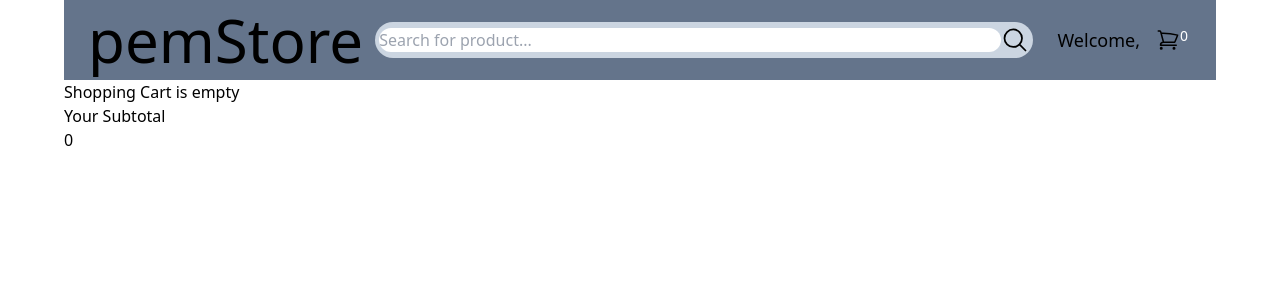
Repository: Semanmernstack/pemstore
Page: /checkout
The author's editor kept a copy of each file at every save. The page is drawn from the files as they stood at one save, then again after the next save.
The browser window is 1280 px wide. The pictures show the whole page.
The page's requests for data from a server got no answer. The project was rebuilt for these pictures with package versions that can differ from the ones it lists, and the page was loaded fresh each time. The framework's server and built-in components were replaced by stand-ins that run in the browser. No one was signed in, and anything a server would have sent is missing. Also part of the build but not shown: next.config.js, components/CheckoutProduct.js.

Above is the page before, as saved 2022-11-06 03:57:05.

### pages/_app.js
import '../styles/globals.css'
import { SessionProvider } from "next-auth/react"
import { Provider } from 'react-redux'
import { store } from '../store'


function MyApp({ Component, pageProps: { session, ...pageProps }, }) {
  return (
    <SessionProvider session={session}>
      <Provider store={store}  >
        <Component {...pageProps} />
      </Provider>


    </SessionProvider>
  )
}

export default MyApp

### pages/checkout.js
import { useSession } from 'next-auth/react'
import React from 'react'
import { useSelector } from 'react-redux'
import CheckoutProduct from '../components/CheckoutProduct'
import Header from '../components/Header'
import { selectItems } from '../slices/basketSlice'

function Checkout() {
    const { data: session } = useSession()
    const items = useSelector(selectItems)
  return (
    <div  className=" mx-auto max-w-6xl "  >
        <Header />
        <div >
            <h1>{items.length === 0 ? "Shopping Cart is empty"  : "Your  pemStore Cart" }   </h1>
            <p>{session?.user.name}</p>
        </div>
        <div>
            <h1>Your Subtotal</h1>
            <span>0</span>
        </div>

        {items.map((item, i) => (
            <CheckoutProduct
                key={i}
                id={item.id}
                title={item.title}
                price={item.price}
                description={item.description}
                category={item.category}
                image={item.image}
            />
        ))}



    </div>
  )
}

export default Checkout

### store.js
import { configureStore } from '@reduxjs/toolkit';
import  basketReducer  from "./slices/basketSlice"
// ...

export const store = configureStore({
  reducer: {
    basket: basketReducer,


  },
})

### components/Header.js
import React from 'react'
import { useSession, signIn, signOut } from "next-auth/react"
import { useRouter } from 'next/router'
import { useSelector } from 'react-redux'
import { selectItems } from '../slices/basketSlice'

function Header() {
    const { data: session } = useSession()
    const router = useRouter()
    const items = useSelector(selectItems)

    return (
      <div className="flex items-center h-20 md:p-3 p-1 lg:p-6 bg-slate-500  sticky top-0 z-20">
          <div onClick={() => router.push("/")} className="mr-3  text-3xl md:text-5xl lg:text-6xl">
              <h1 className="cursor-pointer">pemStore</h1>
          </div>
          <div className="flex items-center flex-grow bg-slate-300 p-1 cursor-pointer rounded-full ">
              <input className="outline-none  rounded-full flex-grow   " type="text" placeholder="Search for product..." />
              <svg className="h-7 w-7"   xmlns="http://www.w3.org/2000/svg" fill="none" viewBox="0 0 24 24" strokeWidth={1.5} stroke="currentColor" >
                  <path strokeLinecap="round" strokeLinejoin="round" d="M21 21l-5.197-5.197m0 0A7.5 7.5 0 105.196 5.196a7.5 7.5 0 0010.607 10.607z" />
              </svg>
          </div>
          <div className="flex mx-3 lg:text-2xl">
          <div  onClick={!session ? signIn : signOut} className="flex items-center cursor-pointer text-sm md:text-lg mx-3">

              <p className="mr-1"> Welcome,</p>
              <p>{session?.user.name}</p>

          </div>
          <div onClick={() => router.push("/checkout")} className="relative flex items-center">
              <svg xmlns="http://www.w3.org/2000/svg" fill="none" viewBox="0 0 24 24" strokeWidth={1.5} stroke="currentColor" className="w-6 h-6">
                  <path strokeLinecap="round" strokeLinejoin="round" d="M2.25 3h1.386c.51 0 .955.343 1.087.835l.383 1.437M7.5 14.25a3 3 0 00-3 3h15.75m-12.75-3h11.218c1.121-2.3 2.1-4.684 2.924-7.138a60.114 60.114 0 00-16.536-1.84M7.5 14.25L5.106 5.272M6 20.25a.75.75 0 11-1.5 0 .75.75 0 011.5 0zm12.75 0a.75.75 0 11-1.5 0 .75.75 0 011.5 0z" />
              </svg>
              <p className="absolute left-6 top-0 text-sm text-white  ">{items?.length}</p>
          </div>
          </div>

      </div>
    )
  }

  export default Header

### slices/basketSlice.js
import { createSlice } from '@reduxjs/toolkit';

const initialState = {
    items: [],
};




export const basketSlice = createSlice({
    name: "basket",
    initialState,
    // The `reducers` field lets us define reducers and generate associated actions
    reducers: {
        addtoBasket: (state, action) => {
            state.items = [...state.items, action.payload]
        },


    },

});

export const { addtoBasket } = basketSlice.actions;



export const selectItems = (state) => state.basket?.items;

export default basketSlice.reducer;

Loaded but not shown: styles/globals.css (common file); tailwind.config.js (common file)

After the next save:
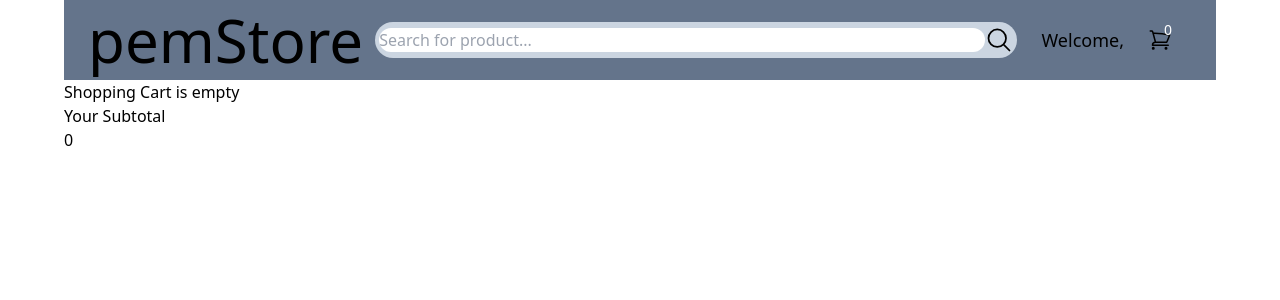
Saved 39 s later.
--- a/components/Header.js
+++ b/components/Header.js
@@ -27,7 +27,7 @@ function Header() {
               <p>{session?.user.name}</p>
 
           </div>
-          <div onClick={() => router.push("/checkout")} className="relative flex items-center">
+          <div onClick={() => router.push("/checkout")} className="relative flex items-center p-2">
               <svg xmlns="http://www.w3.org/2000/svg" fill="none" viewBox="0 0 24 24" strokeWidth={1.5} stroke="currentColor" className="w-6 h-6">
                   <path strokeLinecap="round" strokeLinejoin="round" d="M2.25 3h1.386c.51 0 .955.343 1.087.835l.383 1.437M7.5 14.25a3 3 0 00-3 3h15.75m-12.75-3h11.218c1.121-2.3 2.1-4.684 2.924-7.138a60.114 60.114 0 00-16.536-1.84M7.5 14.25L5.106 5.272M6 20.25a.75.75 0 11-1.5 0 .75.75 0 011.5 0zm12.75 0a.75.75 0 11-1.5 0 .75.75 0 011.5 0z" />
               </svg>
